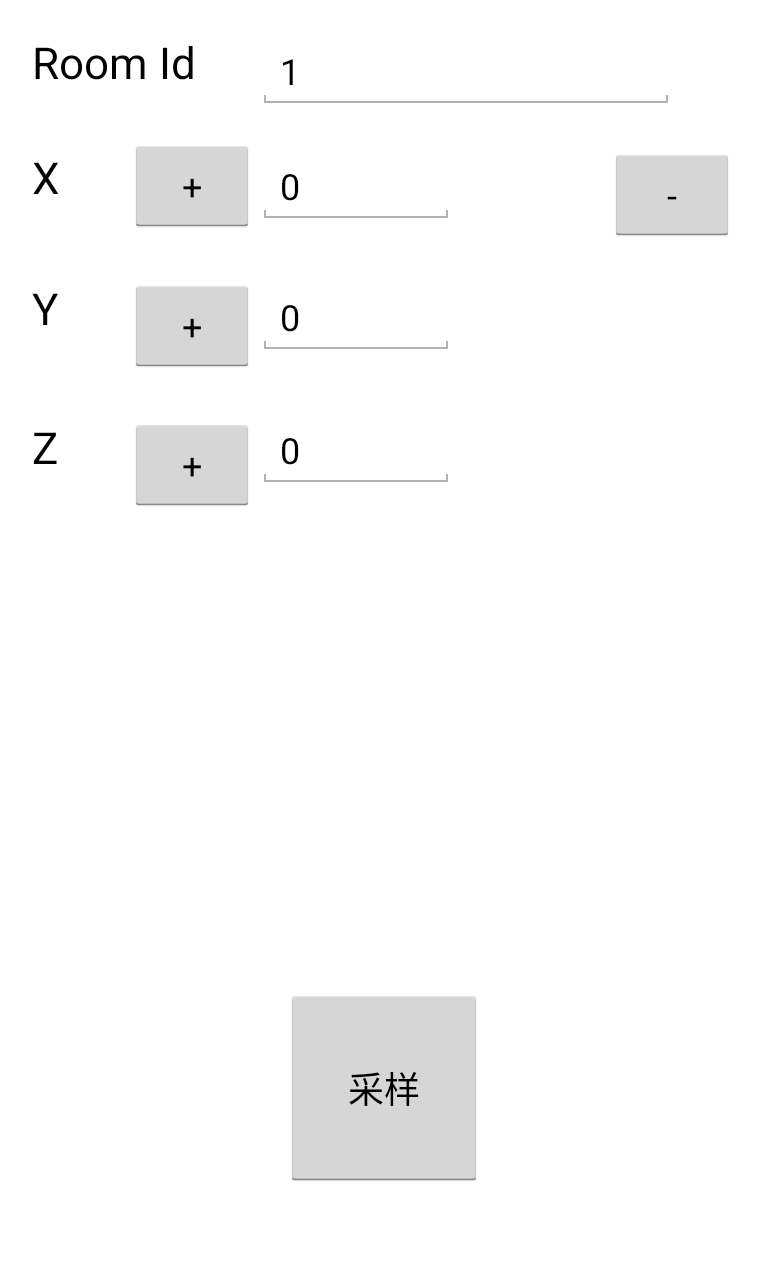
Repository: RenchuSong/tMap_Android
Layout: tmap_model_tool/res/layout/wifi_conllector.xml
These files come from the project's save history. The layout is drawn as it stood at one moment and after the next save; the edit follows.
It is drawn on a 768 x 1280 px phone screen (xhdpi) without system bars, with theme AppTheme; the app's code is not run.

Above is the layout before, as saved 2014-04-20 11:47:59.

After the next save:
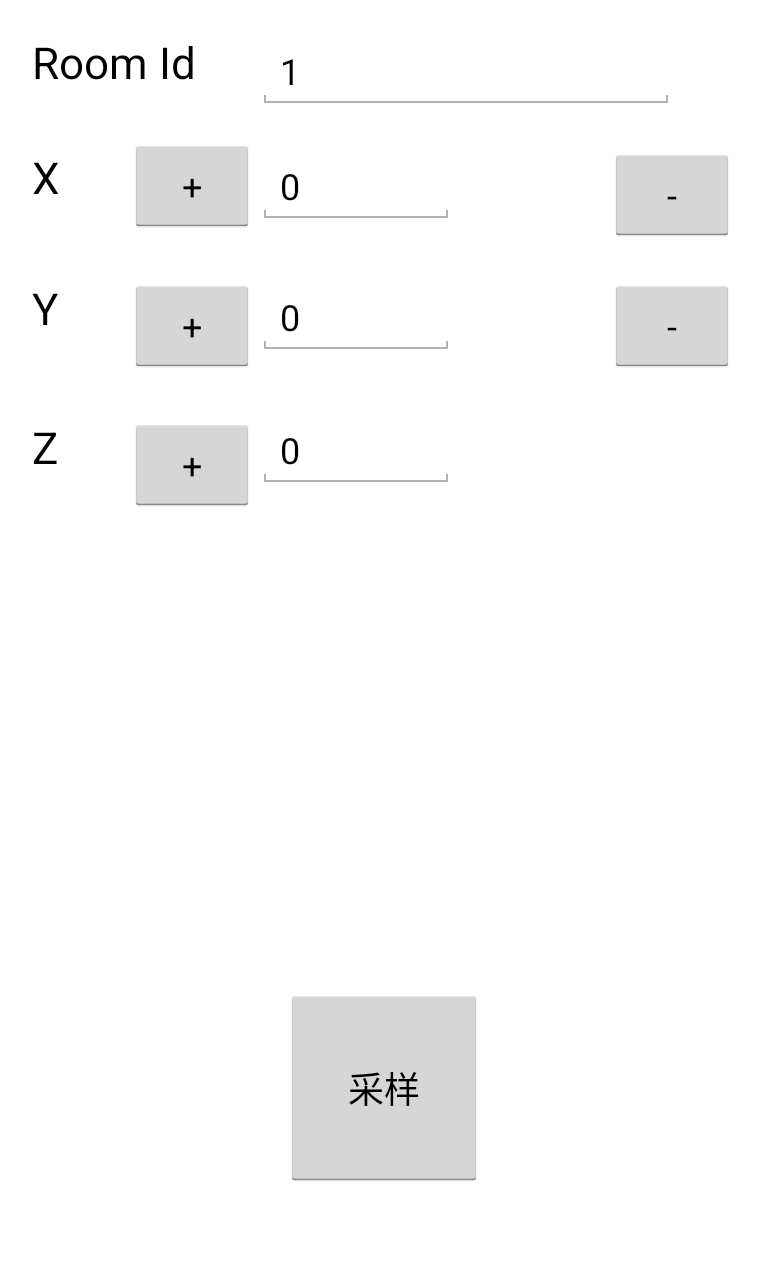
Saved 24 s later.
--- a/tmap_model_tool/res/layout/wifi_conllector.xml
+++ b/tmap_model_tool/res/layout/wifi_conllector.xml
@@ -130,4 +130,12 @@
         android:layout_alignTop="@+id/x"
         android:text="-" />
 
+    <Button
+        android:id="@+id/down_y"
+        android:layout_width="wrap_content"
+        android:layout_height="wrap_content"
+        android:layout_alignParentRight="true"
+        android:layout_alignTop="@+id/y"
+        android:text="-" />
+
 </RelativeLayout>
